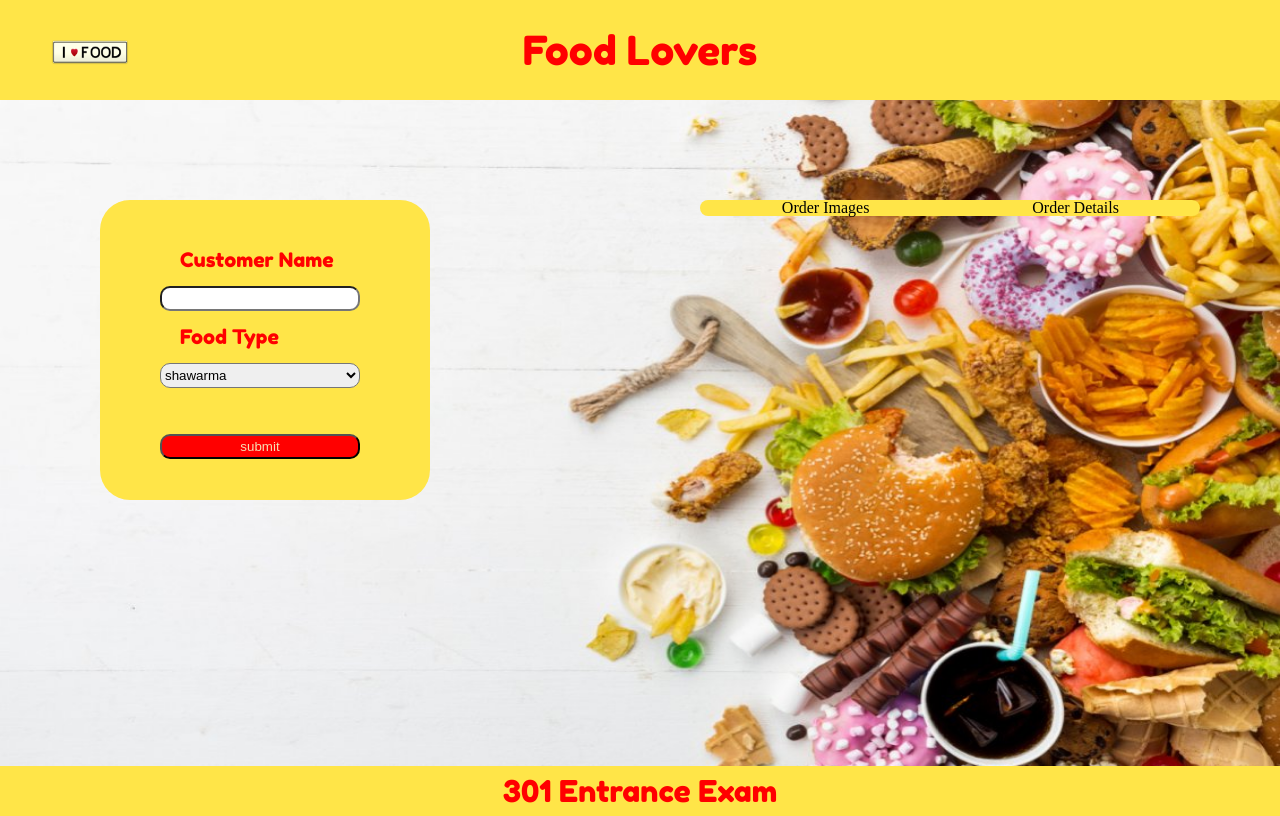
Repository: Razan-am/foodLovers
Page: index.html
The author's editor kept a copy of each file at every save. The page is drawn from the files as they stood at one save, then again after the next save.
The browser window is 1280 px wide. The pictures show the whole page.

Above is the page before, as saved 2021-06-01 11:23:26.

After the next save:
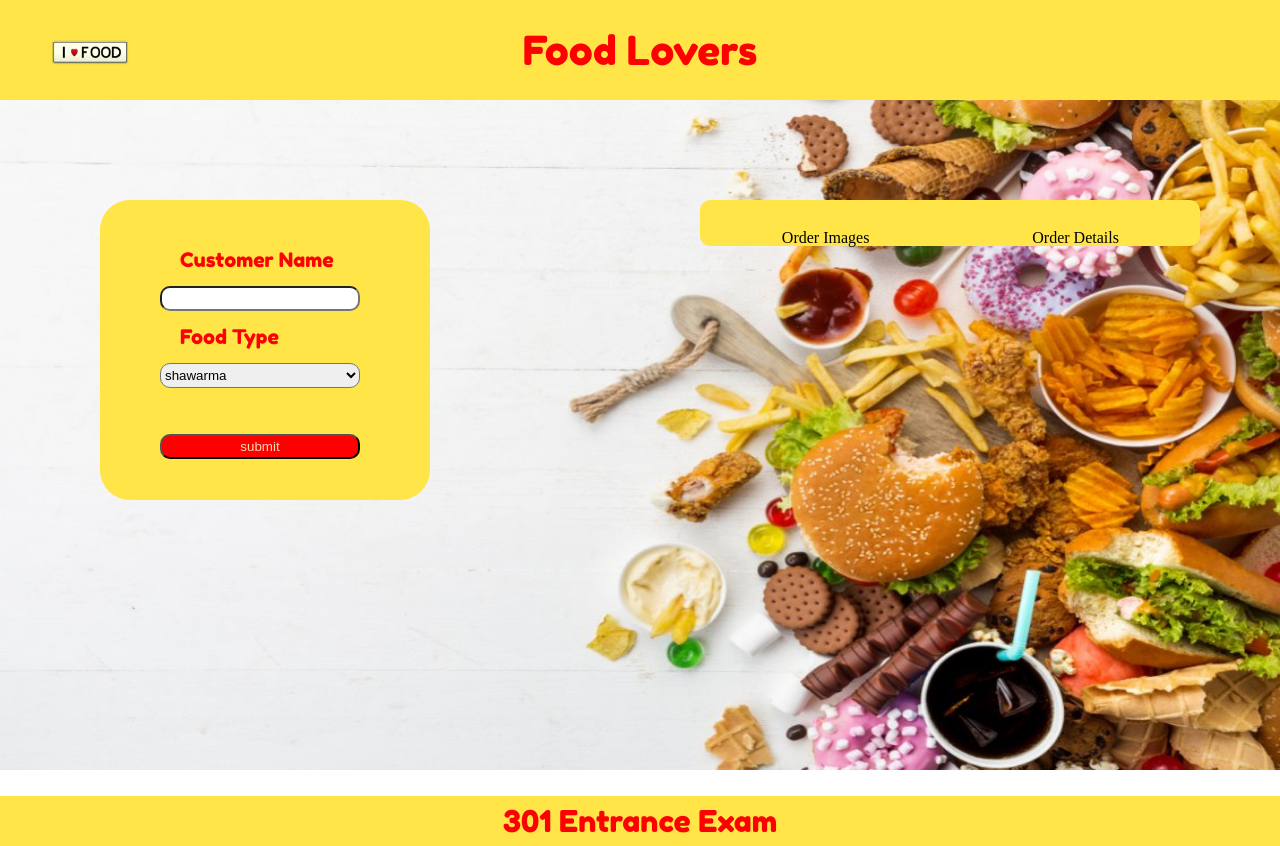
Saved 24 s later.
--- a/css/style.css
+++ b/css/style.css
@@ -74,7 +74,9 @@ table{
     width: 500px;
     border-radius: 10px;
 }
-
+table th{
+    padding-top: 30px;
+}
 table img{
     width: 50px;
     height: 50px;
